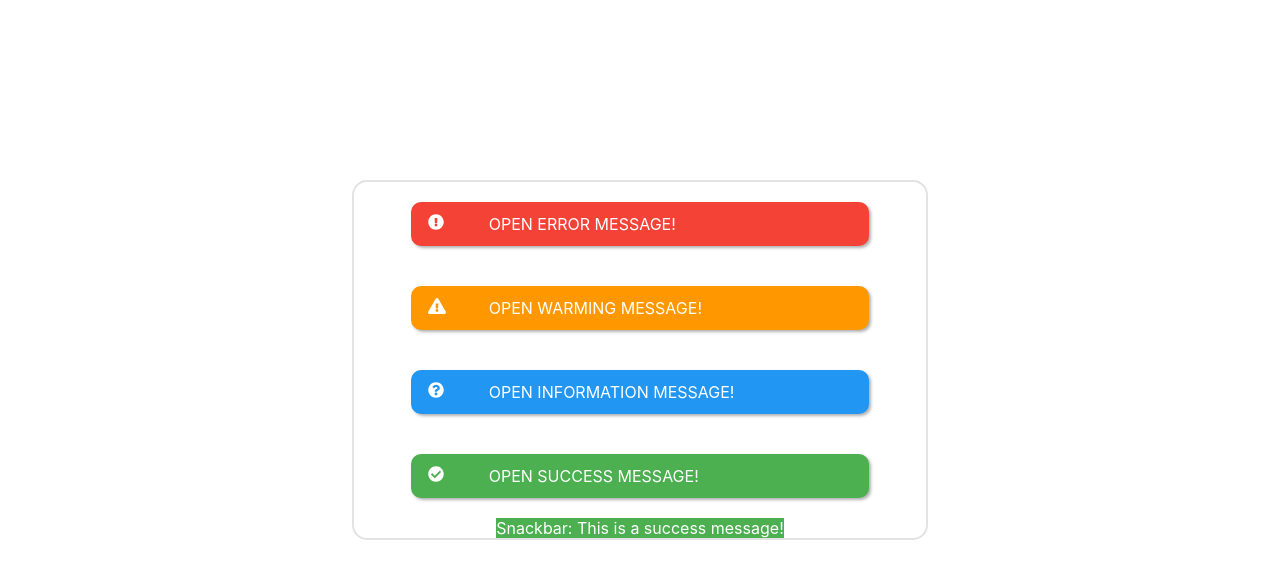
Repository: KrzysKolo/sr_tydzien5_zad2
Page: /, after clicking the first element matching `div.wrapper--btn > :nth-child(4)`
An editor plug-in stored every save of this project. The page is shown before and after the next save, followed by the edit.
The browser window is 1280 px wide. The pictures show the whole page.
The project was rebuilt for these pictures with package versions that can differ from the ones it lists, and the page was loaded fresh each time.

Above is the page before, as saved 2020-12-28 03:21:47.

### public/index.html
<!DOCTYPE html>
<html lang="en">
  <head>
    <meta charset="utf-8" />
    <link rel="icon" href="%PUBLIC_URL%/favicon.ico" />
    <meta name="viewport" content="width=device-width, initial-scale=1" />
    <meta name="theme-color" content="#000000" />
    <meta
      name="description"
      content="Web site created using create-react-app"
    />
    <link rel="apple-touch-icon" href="%PUBLIC_URL%/logo192.png" />
    <!--
      manifest.json provides metadata used when your web app is installed on a
      user's mobile device or desktop. See https://developers.google.com/web/fundamentals/web-app-manifest/
    -->
    <link rel="manifest" href="%PUBLIC_URL%/manifest.json" />
    <!--
      Notice the use of %PUBLIC_URL% in the tags above.
      It will be replaced with the URL of the `public` folder during the build.
      Only files inside the `public` folder can be referenced from the HTML.

      Unlike "/favicon.ico" or "favicon.ico", "%PUBLIC_URL%/favicon.ico" will
      work correctly both with client-side routing and a non-root public URL.
      Learn how to configure a non-root public URL by running `npm run build`.
    -->
    <title>Zad 2 - snackbar</title>
  </head>
  <body>
    <noscript>You need to enable JavaScript to run this app.</noscript>
    <div id="root"></div>
    <!--
      This HTML file is a template.
      If you open it directly in the browser, you will see an empty page.

      You can add webfonts, meta tags, or analytics to this file.
      The build step will place the bundled scripts into the <body> tag.

      To begin the development, run `npm start` or `yarn start`.
      To create a production bundle, use `npm run build` or `yarn build`.
    -->
  </body>
</html>

### src/App.js
import React from 'react';
import Buttons from './components/Buttons';
import './App.css';
const App = () => {
  return (
    <div className="wrapper--btn">
      <Buttons />
    </div>
  )
}

export default App;

### src/components/Buttons.js
import React, {useState} from 'react';
import ButtonsData from './../data/ButtonsData';
import Button from './Button';
import Snackbar from './Snackbar';

const Buttons = () => {

    return (
        <>
            {ButtonsData.map(button =>
                <Button key={button.id} data={button}/>
            )}

        </>
    )
}

export default Buttons;

### src/App.css
* {
  box-sizing: border-box;
  margin: 0;
  position: relative;
}
body {
  width: 100vw;
  height: 100vh;
  display: flex;
  flex-direction: row;
  justify-content: center;
  align-items: center;
}
.wrapper--btn {
  border: 2px solid #e3e3e3;
  border-radius: 15px;
  width: 45vw;
  display: flex;
  flex-direction: column;
  justify-content: center;
  align-items: center;
}
.btn {
  border-radius: 10px;
  color: rgb(240, 239, 244);
  cursor: pointer;
  outline: none;
  padding: 10px 15px;
  margin: 20px;
  width: 80%;
  display: grid;
  grid-template-columns: 0.5fr 3fr;
  box-shadow: 2px 2px 3px rgba(102, 102, 102, 0.5);
  transition: all 0.3s ease-in-out;
}
.error {
  color: white;
  background: rgb(244, 67, 54);
}

.success {
  color: white;
  background: rgb(76, 175, 80);
}
.informaton {
  background: rgb(33, 150, 243);
}

.warning {
  background: rgb(255, 152, 0);
  color: white;
}

### src/data/ButtonsData.js
const ButtonsData = [
    {
      id: 0,
      name: "OPEN ERROR MESSAGE!",
      color: "rgb(244, 67, 54)",
      icon: "faExclamationCircle",
      type: "This is an error message!",
    },
    {
      id: 1,
      name: "OPEN WARMING MESSAGE!",
      color: "rgb(255, 152, 0)",
      icon: "faExclamationTriangle",
      type: "This is a warning message!",
    },
    {
      id: 2,
      name: "OPEN INFORMATION MESSAGE!",
      color: "rgb(33, 150, 243)",
      icon: "faQuestionCircle",
      type: "This is an information message!",
    },
    {
      id: 3,
      name: "OPEN SUCCESS MESSAGE!",
      color: "rgb(76, 175, 80)",
      icon: "faCheckCircle",
      type: "This is a success message!",
    },

  ]
 export default ButtonsData;

### src/components/Button.js
import React, { useState } from 'react';
import Icons from './Icons';
import Snackbar from './Snackbar';


const Button = ({data } ) => {

    const [isHover, setIsHover] = useState(false);
    const OutStyle = {
        border: `2px solid ${data.color}`,
        background: data.color,
        color: "#fff",
      };

      const OverStyle = {
        border: `2px solid ${data.color}`,
        backgroundColor: "#fff",
        color: data.color,

      };
      /*const event = data.event;
      const switchFunction = (event) => {
        switch (event) {
                case 'handleClick': handleClick(); break;
               case 'handleClickWarming': handleClickWarming(); break;
                case 'handleClickInformation': handleClickInformation(); break;
                case 'handleClickSuccess': handleClickSuccess(); break;
                default: return null;
                }
    }

     const handleClickWarming = () => {
        console.log(data.info);
    };
    const handleClickInformation = () => {
        console.log(data.info);
    };
    const handleClickSuccess = () => {
        console.log(data.info);
    }; */

    const [isShownSnackbar, setIsShownSnackbar] = useState(false);
    const handleClick = () => {

        setIsShownSnackbar(true);

    };
    return (
        <>

        <div className="btn"
        /* onClick={() => switchFunction(event)} */
        onClick={handleClick}
        style={isHover ? OverStyle : OutStyle}
        onMouseOver={() => setIsHover(true)}
        onMouseOut={() => setIsHover(false)}>
            <Icons icon={data.icon}/>
             {data.name}
        </div>
        {isShownSnackbar && <Snackbar type={data.type} />}
        </>
    )
}

export default Button;

### src/components/Snackbar.js
import React from 'react';

const Snackbar = ({type}) => {
    return (
        <div className={`${type}`}>
           Snackbar: {type}
        </div>
    )
}

export default Snackbar

### src/components/Icons.js
import React from 'react';
import { FontAwesomeIcon } from '@fortawesome/react-fontawesome';
import { faCheckCircle, faQuestionCircle, faExclamationTriangle, faExclamationCircle } from '@fortawesome/free-solid-svg-icons';

const Icons = ({icon}) => {

        switch (icon) {
            case 'faExclamationCircle': return <FontAwesomeIcon icon={faExclamationCircle} />;
            case 'faExclamationTriangle': return <FontAwesomeIcon icon={faExclamationTriangle} />;
            case 'faQuestionCircle': return <FontAwesomeIcon icon={faQuestionCircle} />;
            case 'faCheckCircle': return <FontAwesomeIcon icon={faCheckCircle} />;
            default: return null;
            }



}

export default Icons;

Loaded but not shown: src/index.js (common file); src/index.css (common file)

After the next save:
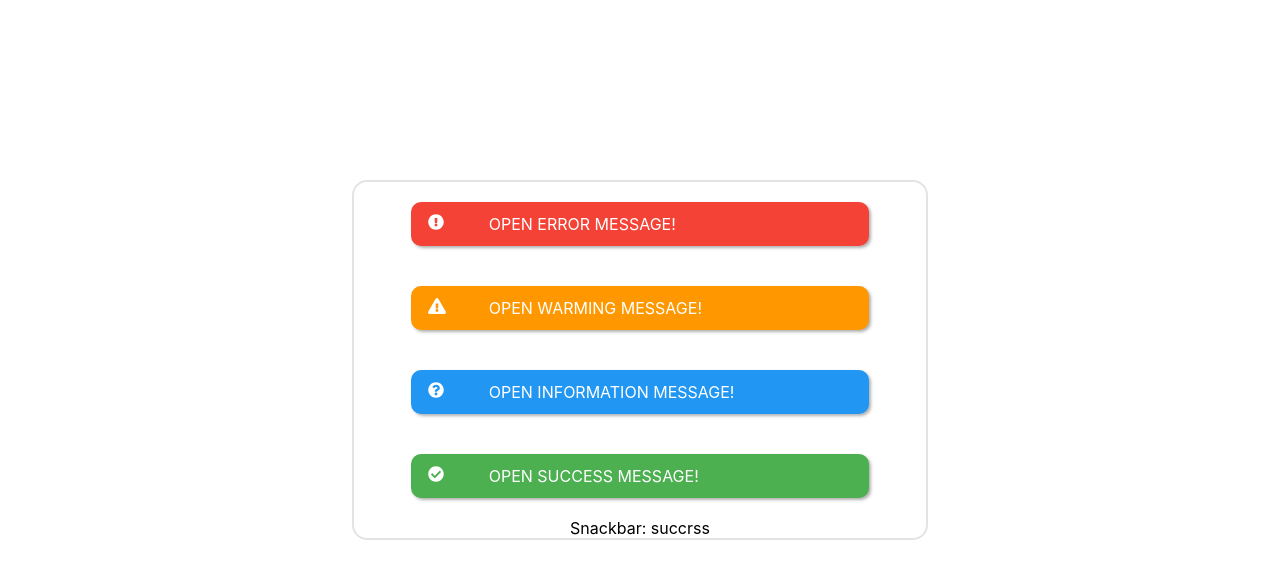
Saved 109 s later.
--- a/src/data/ButtonsData.js
+++ b/src/data/ButtonsData.js
@@ -4,28 +4,32 @@ const ButtonsData = [
       name: "OPEN ERROR MESSAGE!",
       color: "rgb(244, 67, 54)",
       icon: "faExclamationCircle",
-      type: "This is an error message!",
+      type: "error",
+      message: "This is an error message!",
     },
     {
       id: 1,
       name: "OPEN WARMING MESSAGE!",
       color: "rgb(255, 152, 0)",
       icon: "faExclamationTriangle",
-      type: "This is a warning message!",
+      type: "warning",
+      message: "This is a warning message!",
     },
     {
       id: 2,
       name: "OPEN INFORMATION MESSAGE!",
       color: "rgb(33, 150, 243)",
       icon: "faQuestionCircle",
-      type: "This is an information message!",
+      type: "information",
+      message: "This is an information message!",
     },
     {
       id: 3,
       name: "OPEN SUCCESS MESSAGE!",
       color: "rgb(76, 175, 80)",
       icon: "faCheckCircle",
-      type: "This is a success message!",
+      type: "succrss",
+      message: "This is a success message!",
     },
 
   ]
